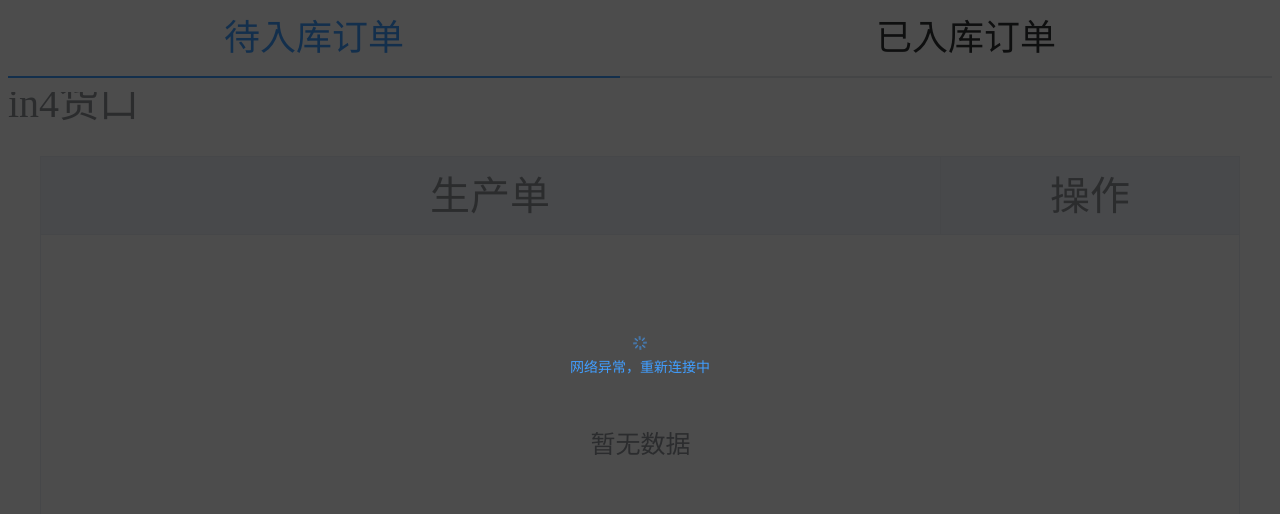
Repository: yaesass/yaesass
Page: / (app in scancode/)
An editor plug-in stored every save of this project. The page is shown before and after the next save, followed by the edit.
The browser window is 1280 px wide. The pictures show the whole page.
The page's requests for data from a server got no answer. The project was rebuilt for these pictures with package versions that can differ from the ones it lists, and the page was loaded fresh each time. No one was signed in, and anything a server would have sent is missing. Also part of the build but not shown: scancode/vue.config.js.

Above is the page before, as saved 2022-06-30 17:21:37.

After the next save:
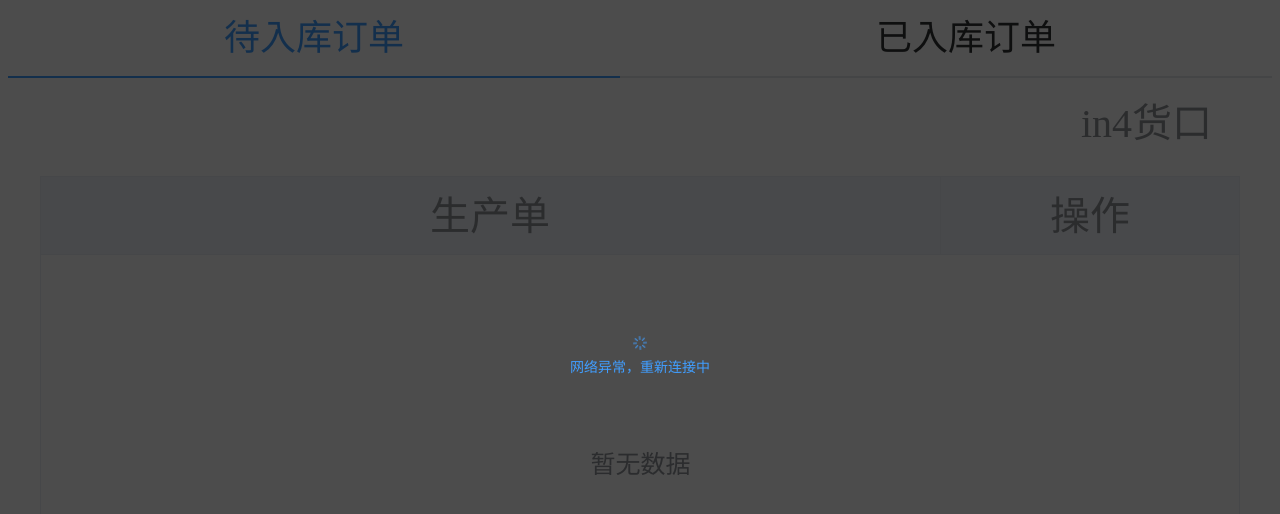
Saved 4 s later.
--- a/scancode/src/views/InStock.vue
+++ b/scancode/src/views/InStock.vue
@@ -348,17 +348,17 @@ export default {
   font-weight: 300;
   letter-spacing: 0em;
 }
-/*
-.back {
+
+/* .back {
   margin-top: -50px;
   margin-left: 750px;
-}
+} */
 
 .count {
   display: flex;
   justify-content: right;
   margin: 20px 60px 20px 0;
-} */
+}
 
 .count .counttxt {
   font-size: 40px;
